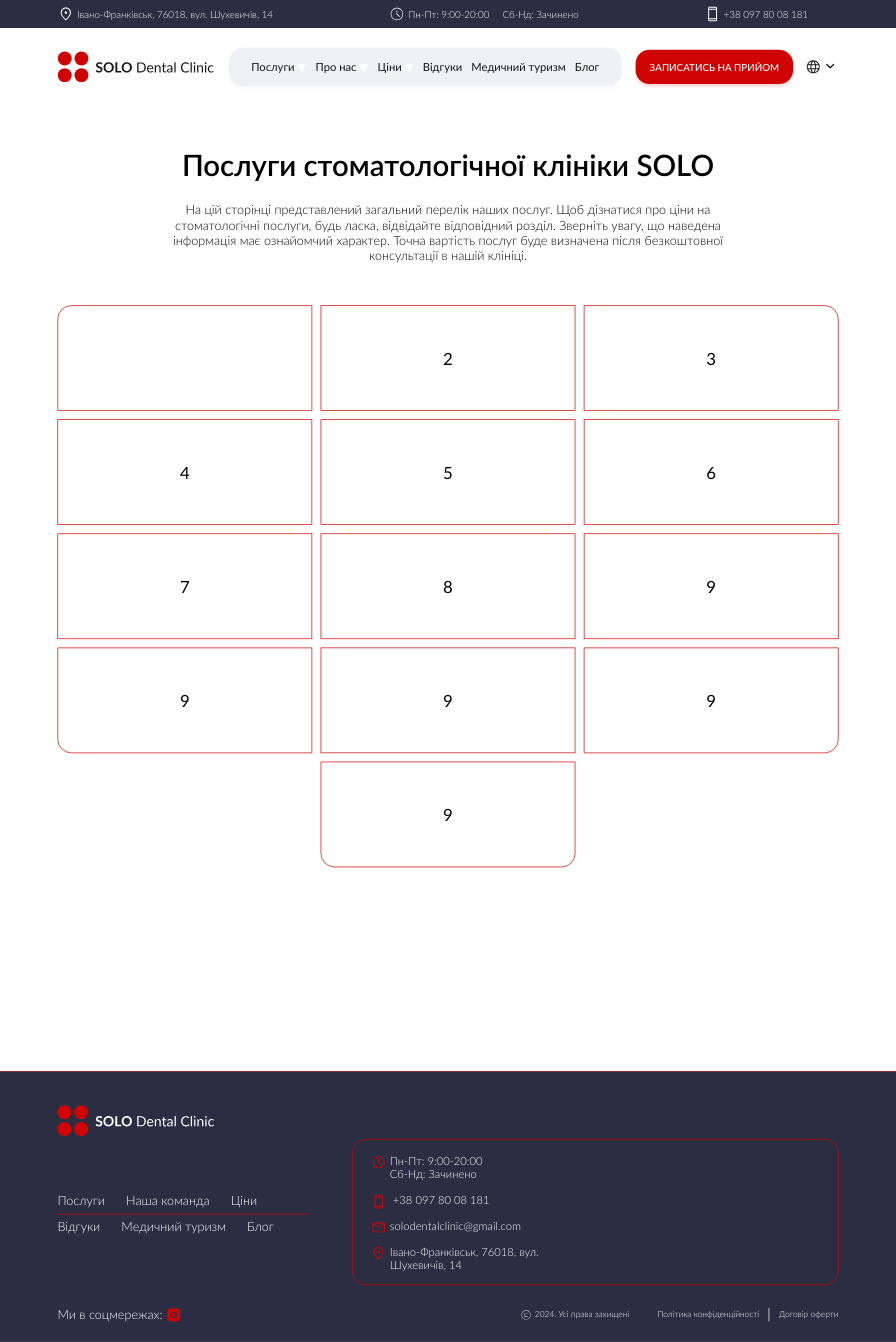
Repository: TarasDutchak/dental-clinic
Page: services.html
An editor plug-in stored every save of this project. The page is shown before and after the next save, followed by the edit.
The browser window is 1280 px wide. The pictures show the whole page, at 70% of full size.
Pictures or frames that could not be fetched are drawn as grey boxes.

Above is the page before, as saved 2024-12-30 07:48:54.

After the next save:
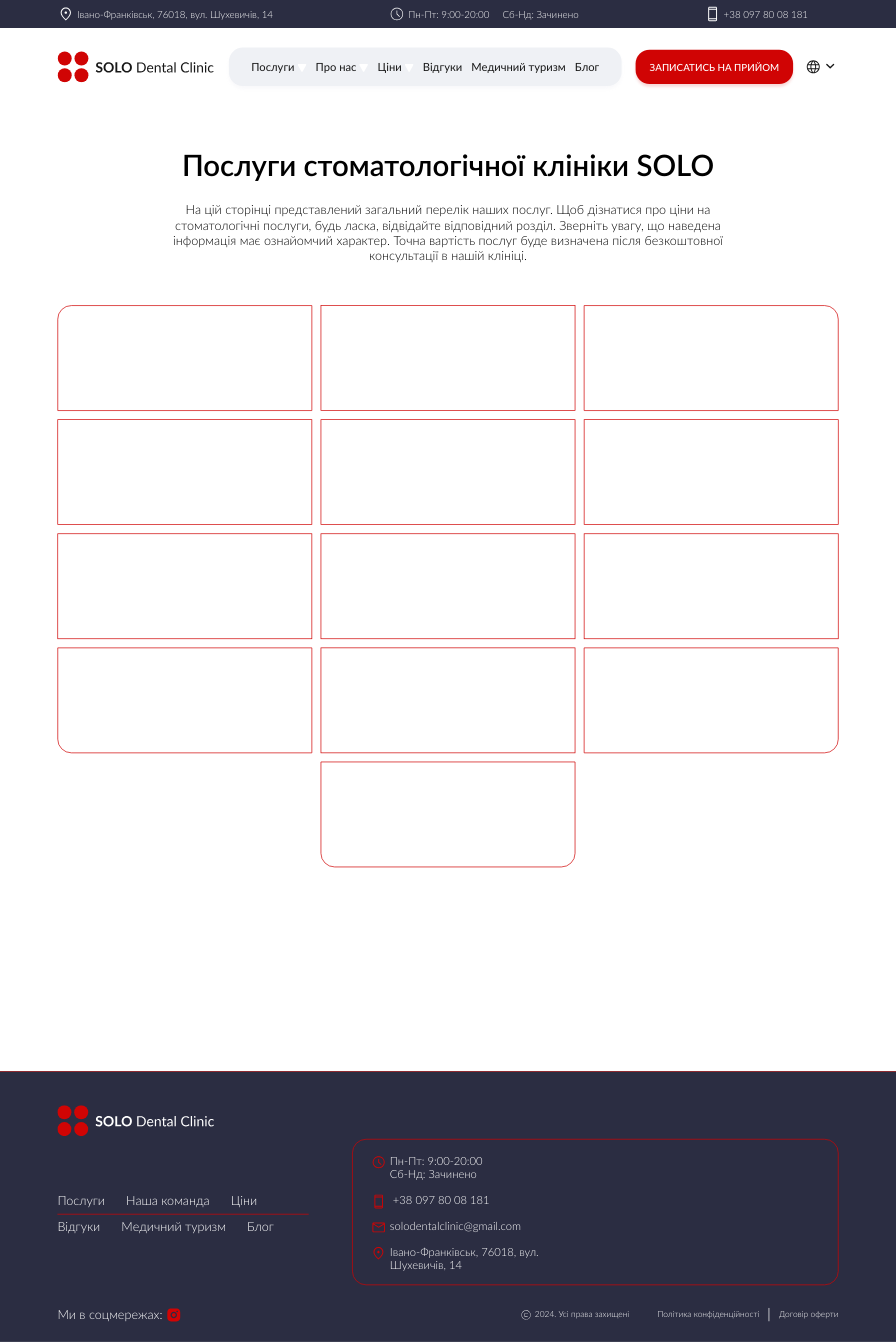
Saved 20 s later.
--- a/services.html
+++ b/services.html
@@ -163,18 +163,18 @@
                 </p>
                 <div class="service-grid">
                     <a href="#" class="service-item"></a>
-                    <div class="service-item">2</div>
-                    <div class="service-item">3</div>
-                    <div class="service-item">4</div>
-                    <div class="service-item">5</div>
-                    <div class="service-item">6</div>
-                    <div class="service-item">7</div>
-                    <div class="service-item">8</div>
-                    <div class="service-item">9</div>
-                    <div class="service-item">9</div>
-                    <div class="service-item">9</div>
-                    <div class="service-item">9</div>
-                    <div class="service-item">9</div>
+                    <a href="#" class="service-item"></a>
+                    <a href="#" class="service-item"></a>
+                    <a href="#" class="service-item"></a>
+                    <a href="#" class="service-item"></a>
+                    <a href="#" class="service-item"></a>
+                    <a href="#" class="service-item"></a>
+                    <a href="#" class="service-item"></a>
+                    <a href="#" class="service-item"></a>
+                    <a href="#" class="service-item"></a>
+                    <a href="#" class="service-item"></a>
+                    <a href="#" class="service-item"></a>
+                    <a href="#" class="service-item"></a>
                 </div>
             </div>
         </section>
